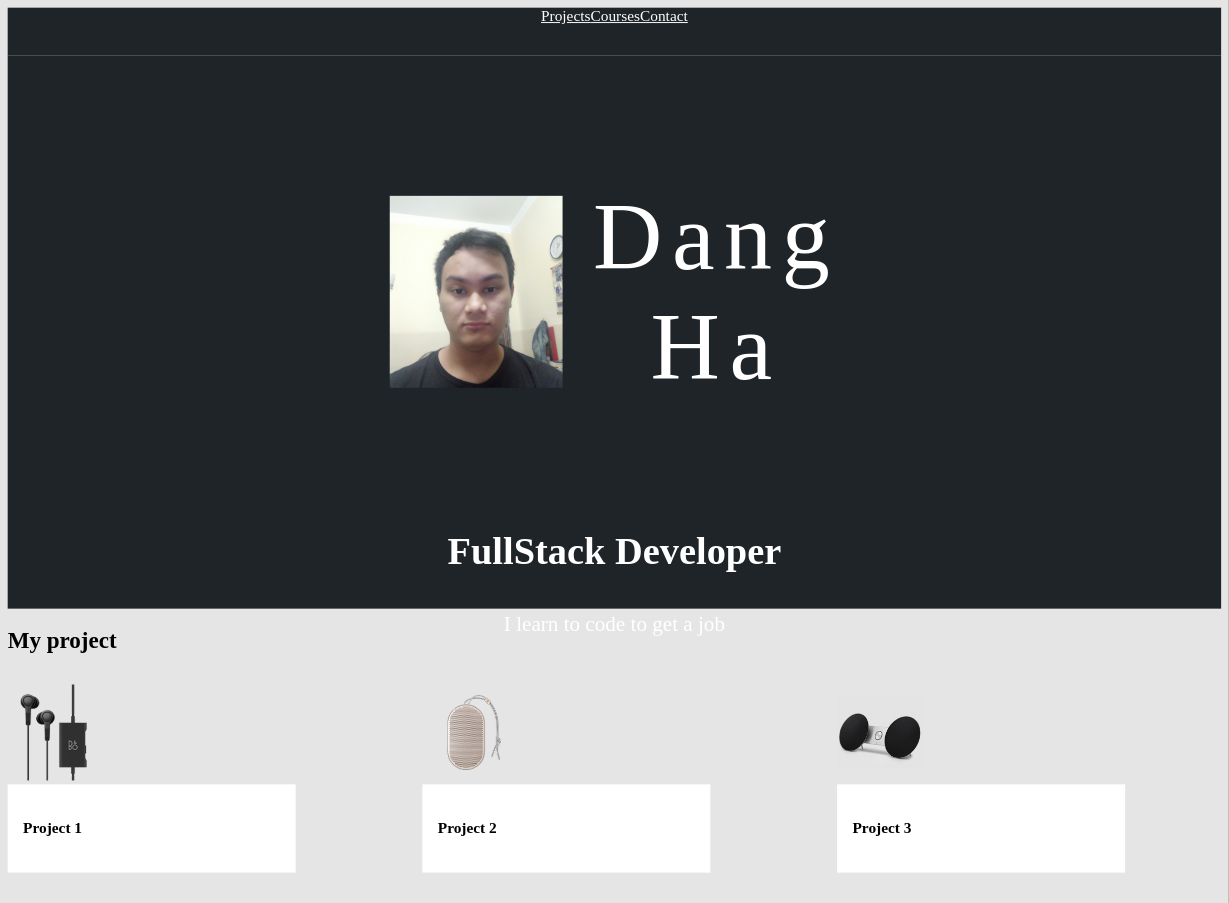
Repository: hagit01/ha-portfolio
Page: home.html
The author's editor kept a copy of each file at every save. The page is drawn from the files as they stood at one save, then again after a run of saves.
The browser window is 1280 px wide. The pictures show the whole page, at 96% of full size.

Above is the page before, as saved 2021-07-30 10:45:41.

### home.html
<!DOCTYPE html>
<html>
<head>
    <meta charset="utf-8" >
    <meta http-equiv="X-UA-Compatible" content="IE=edge" >
    <title>Dang Ha</title>
    <meta name="viewport" content="width=device-width, initial-scale=1" />
    <link rel="stylesheet" type="text/css" media="screen" href="main.css" >
</head>

<body>

    <section class="navigation-bar">

        <a class="nav-link" href="#">
            Projects
        </a>

        <a class="nav-link" href="#">
            Courses
        </a>

        <a class="nav-link" href="#">
            Contact
        </a>

    </section>

    <section class="hero">
        <div class="hero--content">
            <div class="hero--content--intro">
                <img id="profile_pic" src="images/dangha.jpg" alt="">
                <h1 class="intro--name">Dang <br> Ha</h1>
            </div>
            <div class="hero--content--subsection">
                <h3 class="description">FullStack Developer</h3>
                <p class="slogan">I learn to code to get a job</p>
            </div>
        </div>
    </section>

    <section class="container">
        <h2>My project</h2>
        <div class="projects--wrapper">
            <div class="project--column">
                <img class="project--thumbnail" src="images/1.png" alt="" >
                <div class="project--body">
                    <h4>Project 1</h4>
                </div>
            </div>
            <div class="project--column">
                <img class="project--thumbnail" src="images/2.png" alt="" >
                <div class="project--body">
                    <h4>Project 2</h4>
                </div>
            </div>
            <div class="project--column">
                <img class="project--thumbnail" src="images/3.png" alt="" >
                <div class="project--body">
                    <h4>Project 3</h4>
                </div>
            </div>
        </div>

    </section>

</body>



</html>

### main.css
body{
    background-color: #E5E5E5;
}

.navigation-bar{
    background-color: #1F2428;
    height: 50px;
    display:flex;
    justify-content: center;
}

.nav-link{
    color: #fff;
}

.hero{
    background-color: #1F2428;
    height: 80vh;
    color:#fff;
}

#profile_pic{
    height: 200px;
    width: 180px;
    object-fit: cover;
}

.hero--content{
    width: 1000;
    margin: 0 auto;
    padding: 3em;
}

.hero--content--intro{
    display: flex;
    color: #fff;
    justify-content: center;
    align-items: center;
    gap: 2em;
    margin-bottom: 3em;
}

.hero--content--subsection{
    text-align: center;
}

.intro--name{
    font-size: 100px;
    letter-spacing: .1em;
    font-weight: 20;
    text-align: center;
}

.description{
    font-size: 40px;
}

.slogan{
    font-size:22px;
}

.projects--wrapper{
    display: grid;
    grid-template-columns: 1fr 1fr 1fr;
    gap: 2em;
    margin-top: 2em;
    margin-bottom: 2em;
}

.project--column{
    width: 300px;
}

.project--thumbnail{
    width: 100px;
}

.project--body{
    background-color: #fff;
    padding: 1em;
}

After the next 4 saves:
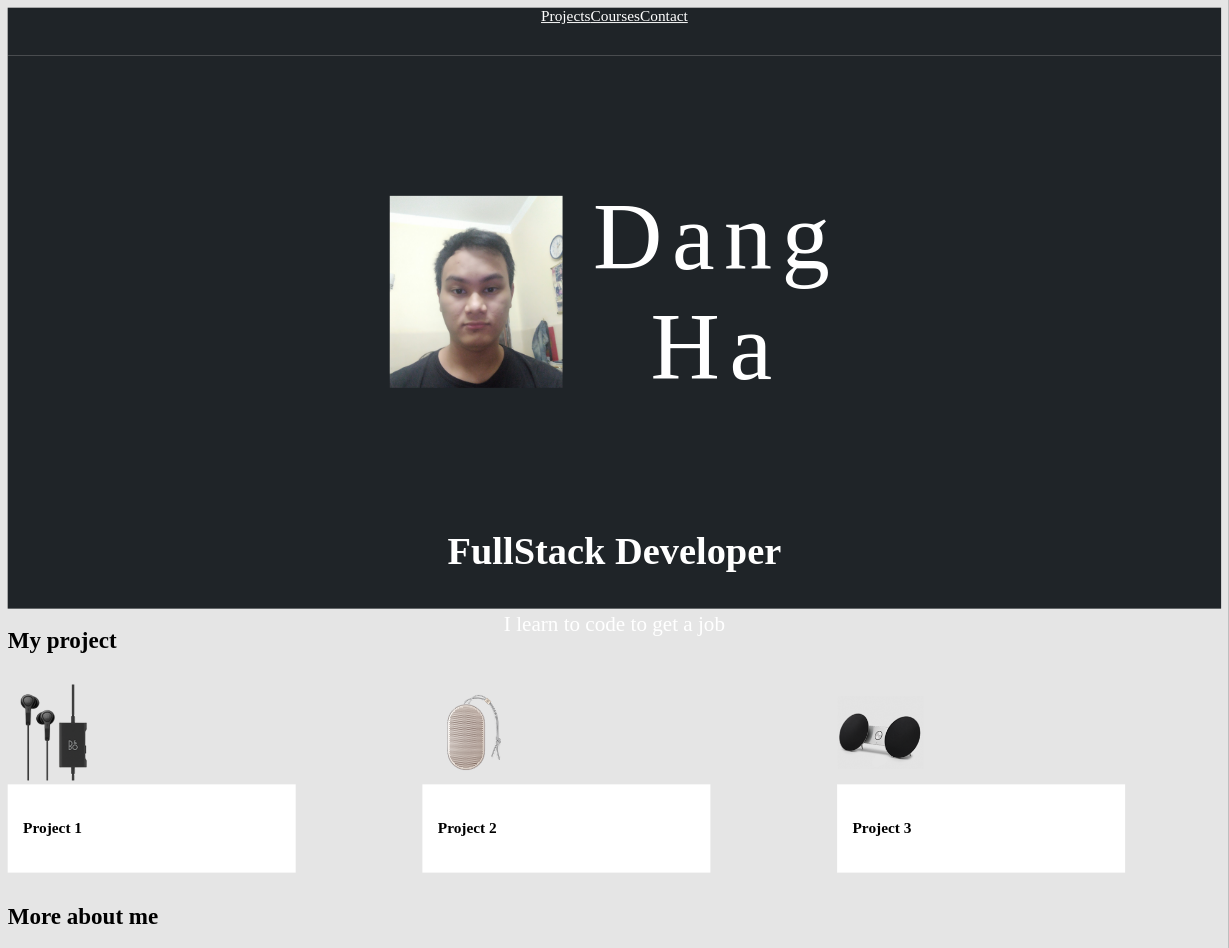
The 4 saves are shown as one change because they came seconds apart.
The last was saved 27 s later.
--- a/home.html
+++ b/home.html
@@ -62,6 +62,7 @@
             </div>
         </div>
 
+        <h2>More about me</h2>
     </section>
 
 </body>
